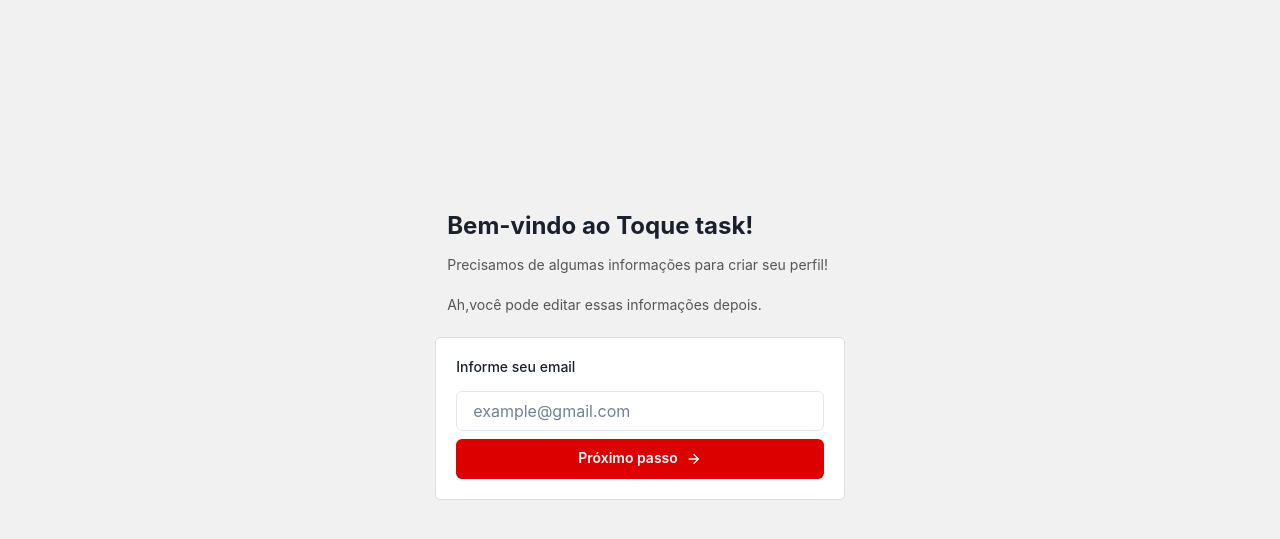
Repository: jorgelucasjs/chakra-ui-doc
Page: /
These files come from the project's save history. The page is drawn as it stood at one moment and after the next save; the edit follows.
The browser window is 1280 px wide. The pictures show the whole page.
The project was rebuilt for these pictures with package versions that can differ from the ones it lists, and the page was loaded fresh each time.

Above is the page before, as saved 2023-01-06 14:49:14.

### public/index.html
<!DOCTYPE html>
<html lang="en">
  <head>
    <meta charset="utf-8" />
   <!--  <link rel="icon" href="%PUBLIC_URL%/logo.jpg" /> -->
    <meta name="viewport" content="width=device-width, initial-scale=1" />
    <meta name="theme-color" content="#000000" />
    <meta
      name="description"
      content="Web site created using create-react-app"
    />
    <!-- <link rel="apple-touch-icon" href="%PUBLIC_URL%/logo.jpg" /> -->
    <!--
      manifest.json provides metadata used when your web app is installed on a
      user's mobile device or desktop. See https://developers.google.com/web/fundamentals/web-app-manifest/
    -->
    <link rel="manifest" href="%PUBLIC_URL%/manifest.json" />
    <!--
      Notice the use of %PUBLIC_URL% in the tags above.
      It will be replaced with the URL of the `public` folder during the build.
      Only files inside the `public` folder can be referenced from the HTML.

      Unlike "/favicon.ico" or "favicon.ico", "%PUBLIC_URL%/favicon.ico" will
      work correctly both with client-side routing and a non-root public URL.
      Learn how to configure a non-root public URL by running `npm run build`.
    -->
    <title>Chackra ui</title>
  </head>
  <body>
    <noscript>You need to enable JavaScript to run this app.</noscript>
    <div id="root"></div>
    <!--
      This HTML file is a template.
      If you open it directly in the browser, you will see an empty page.

      You can add webfonts, meta tags, or analytics to this file.
      The build step will place the bundled scripts into the <body> tag.

      To begin the development, run `npm start` or `yarn start`.
      To create a production bundle, use `npm run build` or `yarn build`.
    -->
  </body>
</html>

### src/index.tsx
import React from 'react';
import ReactDOM from 'react-dom/client';
import App from './App';
import reportWebVitals from './reportWebVitals';

const root = ReactDOM.createRoot(
  document.getElementById('root') as HTMLElement
);


root.render(

	<React.StrictMode>
		<App />
	</React.StrictMode>

);

reportWebVitals();

### src/App.tsx
import * as React from 'react';
import PagesRouter from './routes';
import { extendTheme, ChakraProvider, ColorModeScript } from '@chakra-ui/react';
import theme from './theme/theme';

export default function App(): JSX.Element {

	return (
		<ChakraProvider theme={theme}>
			<ColorModeScript initialColorMode={theme.config.initialColorMode} />
			<PagesRouter />
		</ChakraProvider>
	);
}

### src/routes/index.tsx
import React from 'react';
import { BrowserRouter, Route, Routes } from 'react-router-dom';
import Home from '../pages';
import GlobalStyle from './../style/Global';
export default function PagesRouter(): JSX.Element {
	return (

		<BrowserRouter>
			<GlobalStyle />

			<Routes>

				<Route
					path='/'
					element={<Home />}
				/>
			</Routes>
		</BrowserRouter>

	);
}

### src/theme/theme.ts
import { extendTheme, ThemeConfig } from '@chakra-ui/react';

const config: ThemeConfig = {
	initialColorMode: 'light',
	useSystemColorMode: false,
};

const colors = {
	brand: {
		900: '#1a365d',
		800: '#153e75',
		700: '#2a69ac',
	},
};

const theme = extendTheme({ config, colors });

export default theme;

### src/pages/index.tsx
import React from 'react';
import { Box, Text, Flex, FormControl, FormLabel, Input,Button, Heading } from '@chakra-ui/react';
import { PhoneIcon, AddIcon, WarningIcon, ArrowForwardIcon } from '@chakra-ui/icons';

export default function index(): JSX.Element {

	return (
		<Flex justify={'center'} bg={'#F1F1F1'} height='100vh'>

			<Box w={'32%'} mt={200}>

				<Box p={3} pb={0}>

					<Heading as='h1' fontSize='2xl' mb={1} fontWeight='bold'>Bem-vindo ao Toque task!</Heading>

					<Text fontSize='14' color={'#555555'} lineHeight='10'>
						Precisamos de algumas informações para criar seu perfil!
						Ah,você pode editar essas informações depois.
					</Text>
				</Box>

				<Box bg='#fff' p={5} mt={3} borderRadius={5} border='1px solid #ddd'>
					<FormControl>
						<FormLabel fontSize='14' mb='4'>Informe seu email</FormLabel>
						<Input type='email' placeholder='example@gmail.com'/>
						<Button
							w={'100%'}
							mt={2}
							bg='#DD0000'
							color='#fff'
							fontSize='14'
							_hover={{ bg: '#f00' }}
						>Próximo passo <ArrowForwardIcon fontSize='16' ml={2}/> </Button>
					</FormControl>
				</Box>
			</Box>
		</Flex>
	);
}

### src/style/Global.ts
import { createGlobalStyle } from 'styled-components';

export default createGlobalStyle`
  * {
	  margin: 0;
	  padding: 0;
	  box-sizing: border-box;
	}

  body {
	  width: 100vw;
	  background:#fefefe;
  }

  body,
  input,
  textarea,
  button {
	font: 400 1rem Inter, sans-serif;
  }

  h1 {
	font-size: 2.5rem;
	font: 700;
	font-family: 'Work Sans', sans-serif;
  }

  h2 {
	font-size: 1.5rem;
  }

  button {
	cursor: pointer;
  }

  h1,
  h2,
  h3,
  h4,
  h5,
  h6 {
	font-weight: 600;
	font-family: Lexend, sans-serif;
  }

  input {
	outline: none;
  }
  a{
	text-decoration:none;
	color:#fff;
  }
  .modalContent,
  .secondModal {
	>img {
	  width: 15rem;
	  margin: 15px auto;
	  display: flex;
	  justify-content: center;
	  align-self: center;
	}
	> form {
	  margin: 20px 0;
	  width: 100%;
	  text-align: center;

	> label {
	  display: flex;
	  align-items: flex-start;
	  margin: 15px 0;
	  color: #1c1c1c;
	}

	>button {
	  margin-top: 25px;
	}
  }
}


.secondModal {
  >h1 {
	text-align: center;
	margin: 4rem 0 0 0;
  }

  >span {
	display: block;
	text-align: center;
	color: #1c1c1c;
	font-size: 15px;
	margin: 20px 0;
  }
}



`;

Loaded but not shown: src/reportWebVitals.ts (common file)

After the next save:
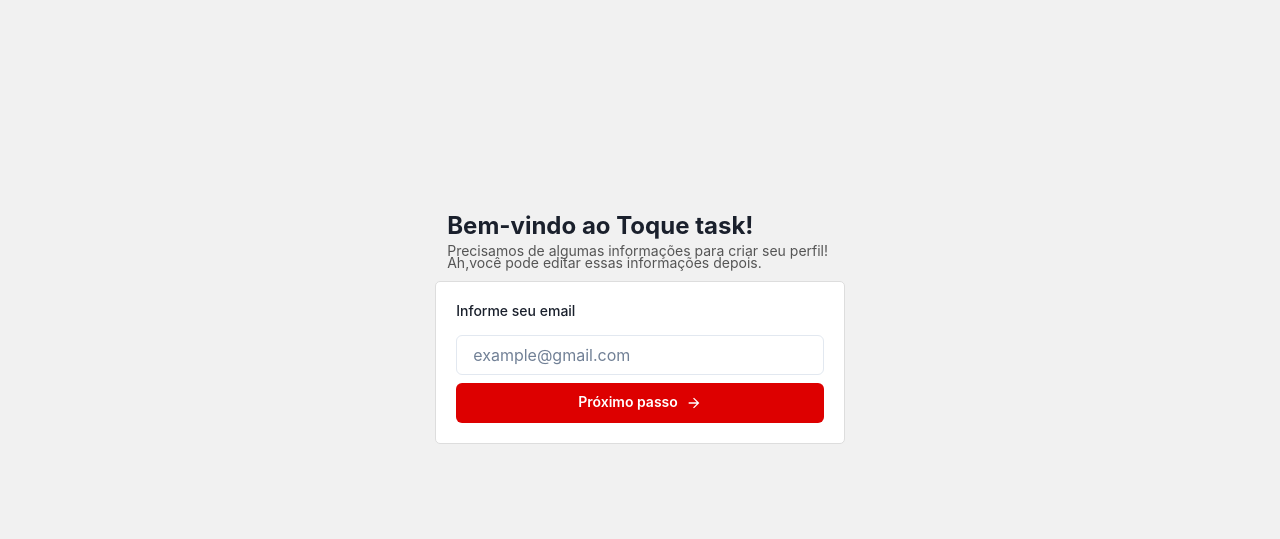
Saved 4 s later.
--- a/src/pages/index.tsx
+++ b/src/pages/index.tsx
@@ -13,7 +13,7 @@
 
 					<Heading as='h1' fontSize='2xl' mb={1} fontWeight='bold'>Bem-vindo ao Toque task!</Heading>
 
-					<Text fontSize='14' color={'#555555'} lineHeight='10'>
+					<Text fontSize='14' color={'#555555'} lineHeight='3'>
 						Precisamos de algumas informações para criar seu perfil!
 						Ah,você pode editar essas informações depois.
 					</Text>
